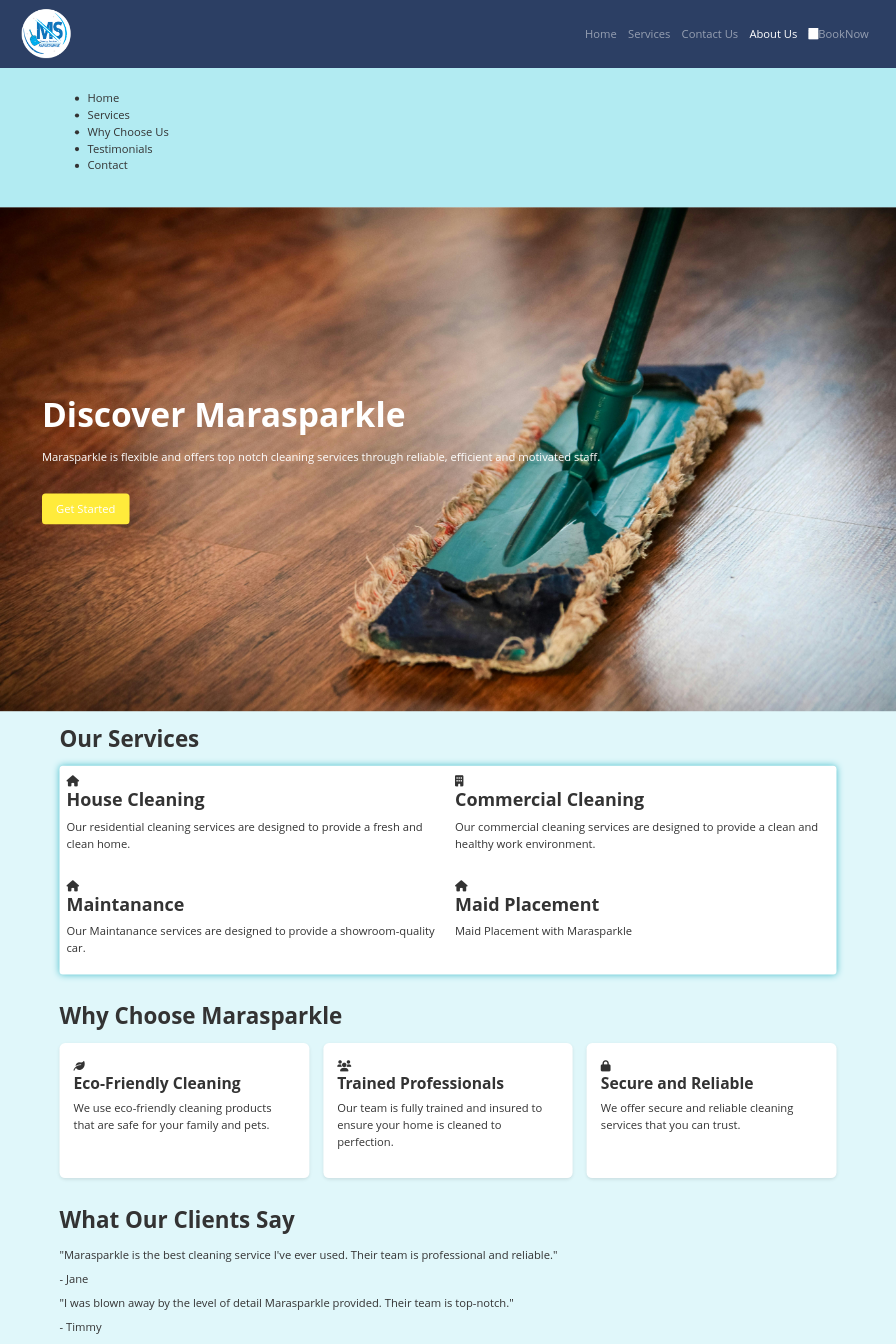
Repository: guineveretim/sparkle
Page: templates/application/bookin.html
An editor plug-in stored every save of this project. The page is shown before and after the next save, followed by the edit.
The browser window is 1280 px wide. The pictures show the part of the page from y = 0 to 1920 px (the page is 2895 px tall before and 3213 px after), at 70% of full size.
The page is served by the project's application, run on Django 5.2 (manage.py). The template is opened directly, without the code that normally fills it, so the values that code supplies are empty.

Above is the page before, as saved 2025-03-26 14:48:00.
Console error: TypeError: $(...).slick is not a function

After the next save:
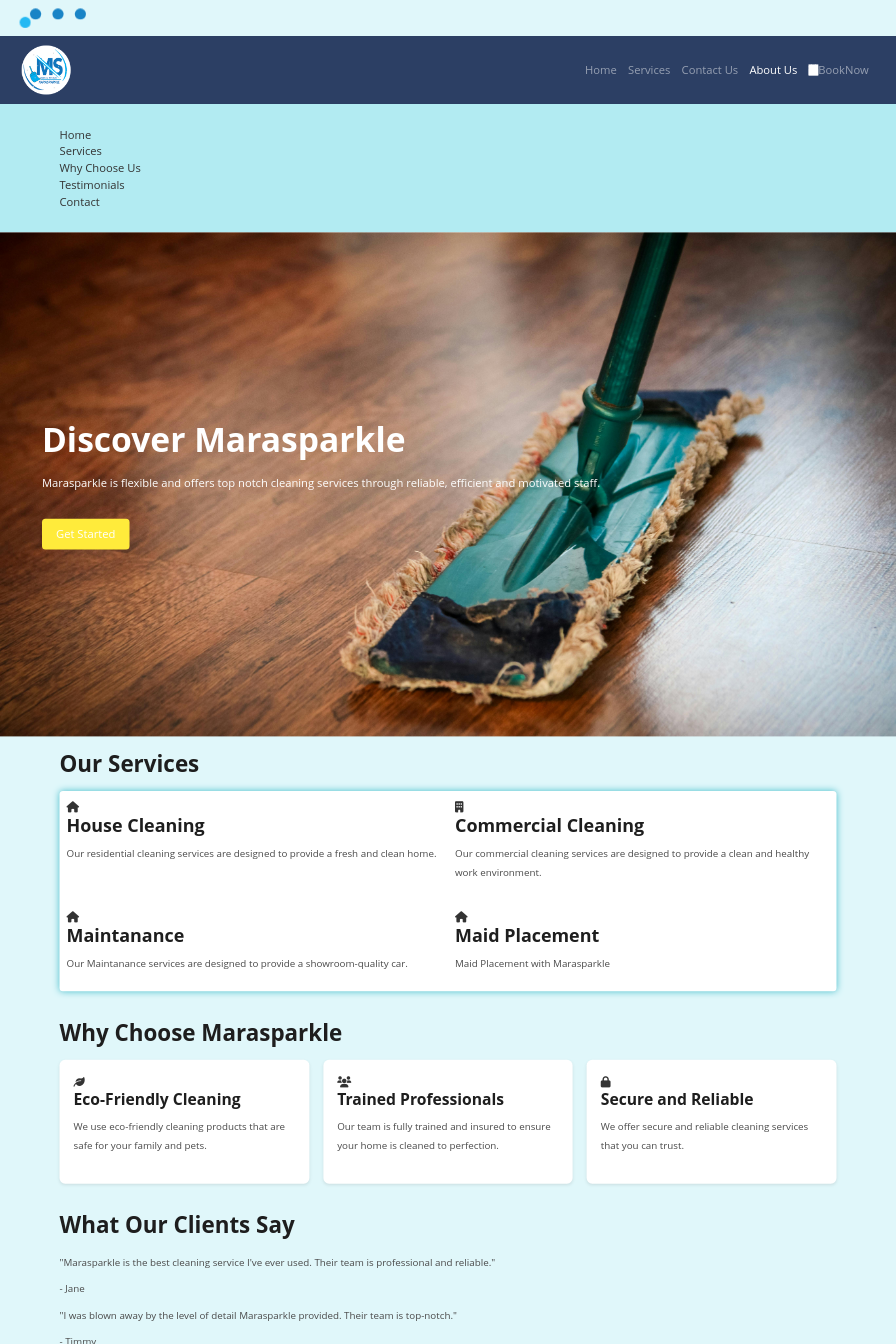
Saved 34 s later.
--- a/templates/application/bookin.html
+++ b/templates/application/bookin.html
@@ -14,6 +14,9 @@
 
         <!-- Bootstrap core CSS -->
         <link rel="stylesheet" href="https://cdn.jsdelivr.net/npm/bootstrap@4.1.3/dist/css/bootstrap.min.css" integrity="sha384-MCw98/SFnGE8fJT3GXwEOngsV7Zt27NXFoaoApmYm81iuXoPkFOJwJ8ERdknLPMO" crossorigin="anonymous">
+
+
+        <link rel="stylesheet" href="{% static 'assets/css/templatemo-villa-agency.css' %}">
 
     <link rel="stylesheet" href="{% static 'css/application/bookin.css' %}">
     <link rel="stylesheet" href="https://cdnjs.cloudflare.com/ajax/libs/slick-carousel/1.8.1/slick.css">
